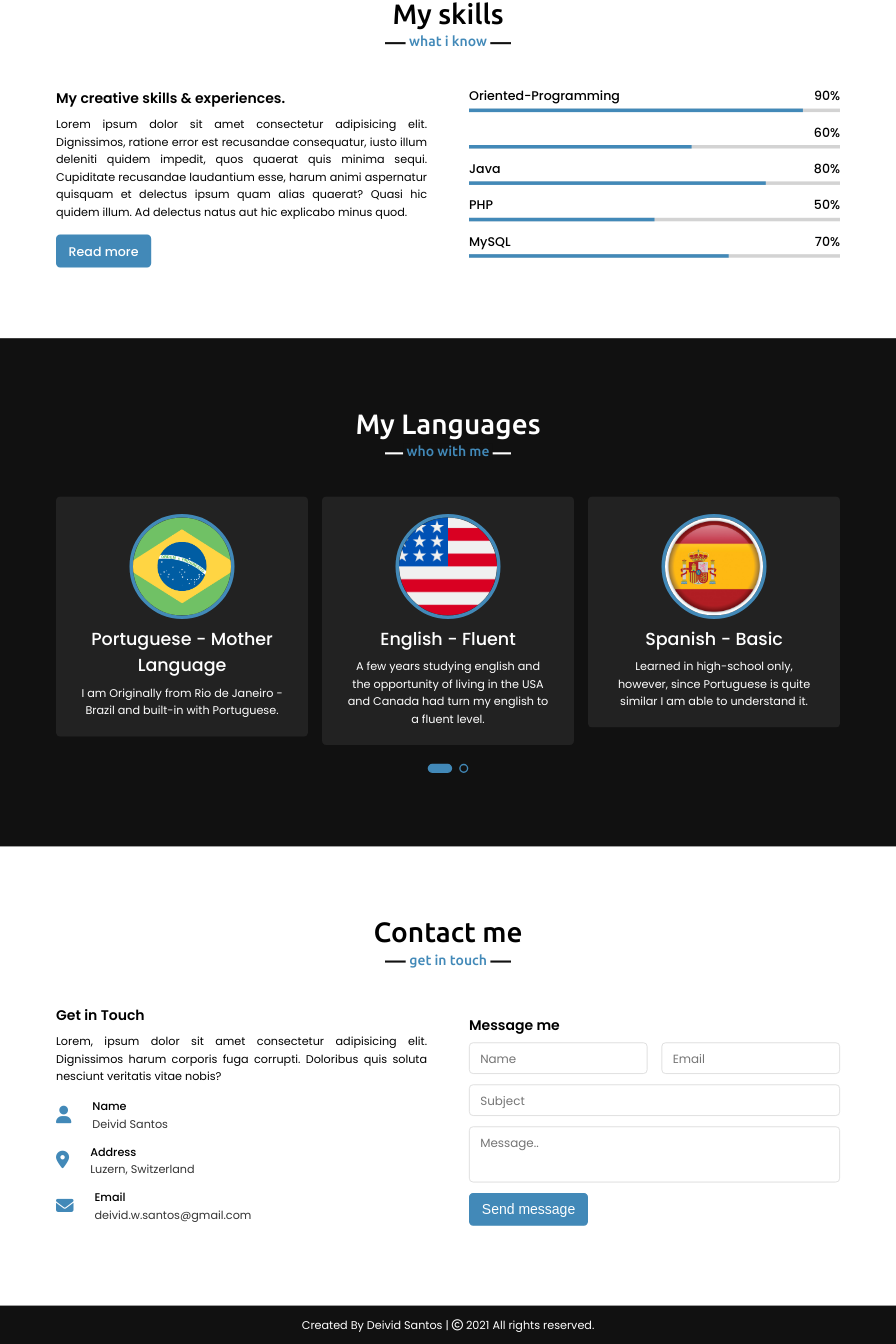
Repository: deividwsantoss/portfolio
Page: index.html
The author's editor kept a copy of each file at every save. The page is drawn from the files as they stood at one save, then again after the next save.
The browser window is 1280 px wide. The pictures show the part of the page from y = 2203 to 4123 px (the page is 4123 px tall), at 70% of full size.
Some web libraries are served in a nearby version.

Above is the page before, as saved 2021-03-02 09:22:36.

### index.html
<!DOCTYPE html>
<html lang="en">
    <head>
        <meta charset="UTF-8">
        <meta name="viewport" content="width=device-width, initial-scale=1.0">
       <title>Deivid Santos Portfolio</title>
        <link rel="stylesheet" href="/Content/style.css">
        <script src="https://kit.fontawesome.com/a076d05399.js"></script>
        <script  src="https://code.jquery.com/jquery-3.5.1.min.js"></script>
        <script src="https://cdnjs.cloudflare.com/ajax/libs/typed.js/2.0.11/typed.min.js"></script>
        <script src="https://cdnjs.cloudflare.com/ajax/libs/waypoints/4.0.1/jquery.waypoints.min.js"></script>
        <script src="https://cdnjs.cloudflare.com/ajax/libs/OwlCarousel2/2.3.4/owl.carousel.min.js"></script>
        <link rel="stylesheet" href="https://cdnjs.cloudflare.com/ajax/libs/OwlCarousel2/2.3.4/assets/owl.carousel.min.css"/>
    </head>
<body>
    <nav class="navbar">
        <div class="max-width">
            <div class="logo"><a href="#">Portifo<span>lio.</span></a></div>
            <ul class="menu">
                <li><a href="#home" class="menu-btn">Home</a></li>
                <li><a href="#about" class="menu-btn">About</a></li>
                <li><a href="#services" class="menu-btn">Services</a></li>
                <li><a href="#skills" class="menu-btn">Skills</a></li>
                <li><a href="#teams" class="menu-btn">Teams</a></li>
                <li><a href="#contact" class="menu-btn">Contact</a></li>
            </ul>
            <div class="menu-btn">
                <i class="fas fa-bars"></i>
            </div>
        </div>
    </nav>

    <!-- Home Section Start -->
    <section class="home" id="home">
        <div class="max-width">
            <div class="home-content">
                <div class="text-1">Hello, my name is </div>
                <div class="text-2">Deivid Santos</div>
                <div class="text-3">And I'm a  <span class="typing"></span></div>
            </div>
        </div>
    </section>
<!-- about section start -->
<section class="about" id="about">
    <div class="max-width">
        <h2 class="title">About me</h2>
        <div class="about-content">
            <div class="column left">
                <img src="images/profile-1.jpeg" alt="">
            </div>
            <div class="column right">
                <div class="text">I'm Deivid and I'm a <span class="typing-2"></span></div>
                <p>Lorem ipsum dolor sit amet consectetur adipisicing elit. Quasi ut voluptatum eveniet doloremque autem excepturi eaque, sit laboriosam voluptatem nisi delectus. Facere explicabo hic minus accusamus alias fuga nihil dolorum quae. Explicabo illo unde, odio consequatur ipsam possimus veritatis, placeat, ab molestiae velit inventore exercitationem consequuntur blanditiis omnis beatae. Dolor iste excepturi ratione soluta quas culpa voluptatum repudiandae harum non.</p>
                <a href="#">Download CV</a>
            </div>
        </div>
    </div>
</section>
  <!-- services section start -->
  <section class="services" id="services">
    <div class="max-width">
        <h2 class="title">My services</h2>
        <div class="serv-content">
            <div class="card">
                <div class="box">
                    <i class="fas fa-paint-brush"></i>
                    <div class="text">Software Development</div>
                    <p>With good knowledge in Oriented-Object Programing, solutions-oriented professional, I am passionate about all the Software Development Life Cycle, from extensive analysis and design though execution and maintenance. </p>
                </div>
            </div>
            <div class="card">
                <div class="box">
                    <i class="fas fa-chart-line"></i>
                    <div class="text">Test Engineer</div>
                    <p>Experienced with software testing and quality assurance, with excellent analytical and diversified experience in manual and automated testing of web-based and client/server application.  </p>
                </div>
            </div>
            <div class="card">
                <div class="box">
                    <i class="fas fa-code"></i>
                    <div class="text">Software Engineer</div>
                    <p>Seasoned, foward-looking, with +4 years' background in creating and executing innovative software solutions to enhance business productivity.</p>
                </div>
            </div>
           </div>
        </div>
    </div>
</section>

<!-- skills section start -->
<section class="skills" id="skills">
    <div class="max-width">
        <h2 class="title">My skills</h2>
        <div class="skills-content">
            <div class="column left">
                <div class="text">My creative skills & experiences.</div>
                <p>Lorem ipsum dolor sit amet consectetur adipisicing elit. Dignissimos, ratione error est recusandae consequatur, iusto illum deleniti quidem impedit, quos quaerat quis minima sequi. Cupiditate recusandae laudantium esse, harum animi aspernatur quisquam et delectus ipsum quam alias quaerat? Quasi hic quidem illum. Ad delectus natus aut hic explicabo minus quod.</p>
                <a href="#">Read more</a>
            </div>
            <div class="column right">
                <div class="bars">
                    <div class="info">
                        <span>Oriented-Programming</span>
                        <span>90%</span>
                    </div>
                    <div class="line html"></div>
                </div>
                <div class="bars">
                    <div class="info">
                        <span></span>
                        <span>60%</span>
                    </div>
                    <div class="line css"></div>
                </div>
                <div class="bars">
                    <div class="info">
                        <span>Java</span>
                        <span>80%</span>
                    </div>
                    <div class="line js"></div>
                </div>
                <div class="bars">
                    <div class="info">
                        <span>PHP</span>
                        <span>50%</span>
                    </div>
                    <div class="line php"></div>
                </div>
                <div class="bars">
                    <div class="info">
                        <span>MySQL</span>
                        <span>70%</span>
                    </div>
                    <div class="line mysql"></div>
                </div>
            </div>
        </div>
    </div>
</section>

<!-- speaking section start -->
<section class="teams" id="teams">
    <div class="max-width">
        <h2 class="title">My Languages</h2>
        <div class="carousel owl-carousel">
            <div class="card">
                <div class="box">
                    <img src="images/brazil.jpg" alt="">
                    <div class="text">Portuguese - Mother Language</div>
                    <p>I am Originally from Rio de Janeiro - Brazil and built-in with Portuguese.                                               </p>
                </div>
            </div>
            <div class="card">
                <div class="box">
                    <img src="images/usa.png" alt="">
                    <div class="text">English - Fluent</div>
                    <p>A few years studying english and the opportunity of living in the USA and Canada had turn my english to a fluent level.   </p>
                </div>
            </div>
            <div class="card">
                <div class="box">
                    <img src="images/depositphotos_5100716-stock-illustration-spain-flag-icon.jpg" alt="">
                    <div class="text">Spanish - Basic</div>
                    <p>Learned in high-school only, however, since Portuguese is quite similar I am able to understand it.                        </p>
                </div>
            </div>
            <div class="card">
                <div class="box">
                    <img src="images/germany.jpg" alt="">
                    <div class="text">German - Basic</div>
                    <p>Lorem ipsum dolor sit amet consectetur adipisicing elit.</p>
                </div>
            </div>
            <div class="card">
                <div class="box">
                    <img src="images/switzerland.jpg" alt="">
                    <div class="text">Someone name</div>
                    <p>Lorem ipsum dolor sit amet consectetur adipisicing elit.</p>
                </div>
            </div>
        </div>
    </div>
</section>

<!-- contact section start -->
<section class="contact" id="contact">
    <div class="max-width">
        <h2 class="title">Contact me</h2>
        <div class="contact-content">
            <div class="column left">
                <div class="text">Get in Touch</div>
                <p>Lorem, ipsum dolor sit amet consectetur adipisicing elit. Dignissimos harum corporis fuga corrupti. Doloribus quis soluta nesciunt veritatis vitae nobis?</p>
                <div class="icons">
                    <div class="row">
                        <i class="fas fa-user"></i>
                        <div class="info">
                            <div class="head">Name</div>
                            <div class="sub-title">Deivid Santos</div>
                        </div>
                    </div>
                    <div class="row">
                        <i class="fas fa-map-marker-alt"></i>
                        <div class="info">
                            <div class="head">Address</div>
                            <div class="sub-title">Luzern, Switzerland</div>
                        </div>
                    </div>
                    <div class="row">
                        <i class="fas fa-envelope"></i>
                        <div class="info">
                            <div class="head">Email</div>
                            <div class="sub-title">deivid.w.santos@gmail.com</div>
                        </div>
                    </div>
                </div>
            </div>
            <div class="column right">
                <div class="text">Message me</div>
                <form action="#">
                    <div class="fields">
                        <div class="field name">
                            <input type="text" placeholder="Name" required>
                        </div>
                        <div class="field email">
                            <input type="email" placeholder="Email" required>
                        </div>
                    </div>
                    <div class="field">
                        <input type="text" placeholder="Subject" required>
                    </div>
                    <div class="field textarea">
                        <textarea cols="30" rows="10" placeholder="Message.." required></textarea>
                    </div>
                    <div class="button">
                        <button type="submit">Send message</button>
                    </div>
                </form>
            </div>
        </div>
    </div>
</section>

<!-- footer section start -->
<footer>
    <span>Created By Deivid Santos | <span class="far fa-copyright"></span> 2021 All rights reserved.</span>
</footer>

<script src="script.js"></script>
</body>
</html>
    <script src="/Scripts/script.js" type="text/javascript"></script>
</body>
</html>

Loaded but not shown: Scripts/script.js (72 lines, source omitted); Content/style.css (673 lines, source omitted)

After the next save:
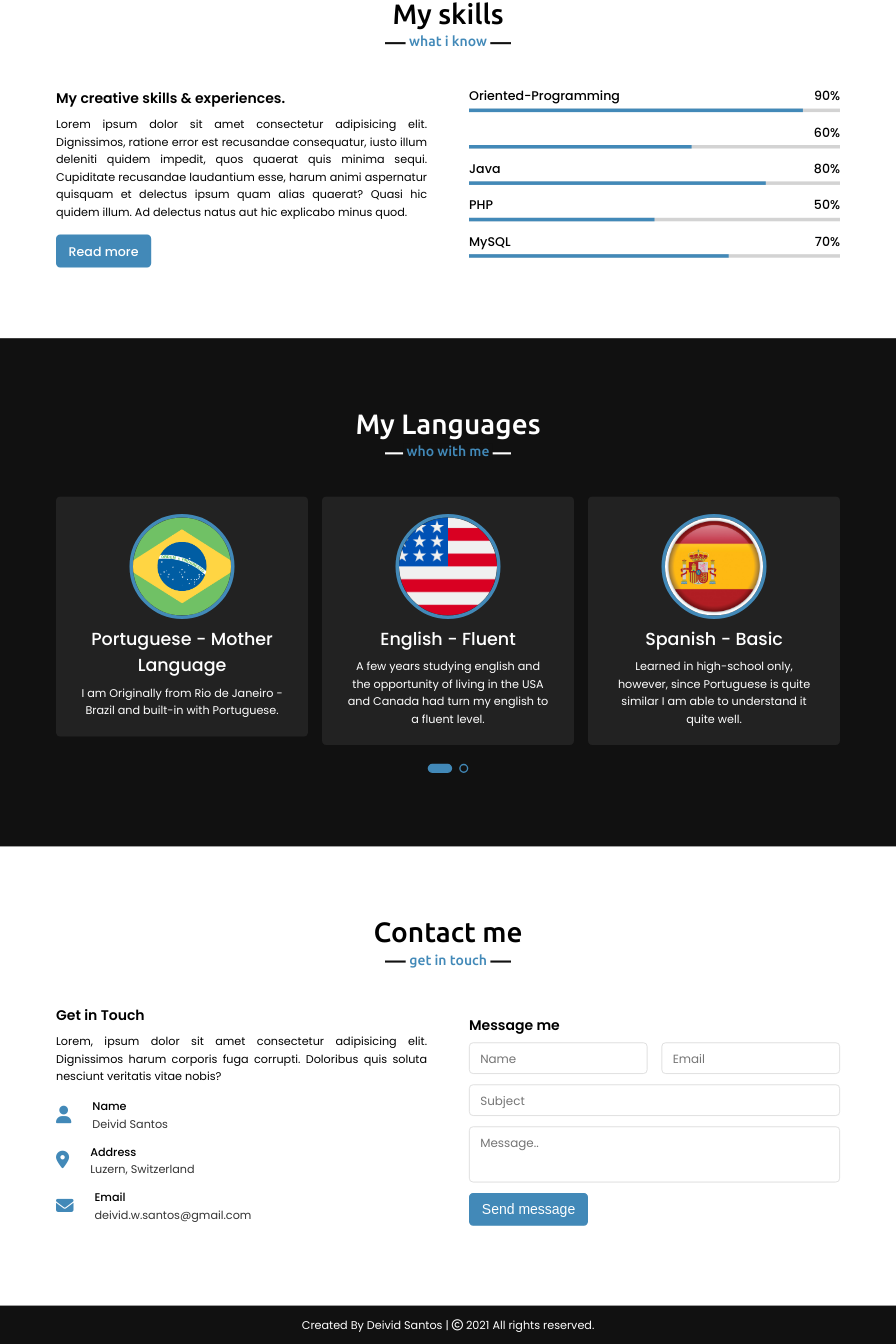
Saved 19 s later.
--- a/index.html
+++ b/index.html
@@ -161,7 +161,7 @@
                 <div class="box">
                     <img src="images/depositphotos_5100716-stock-illustration-spain-flag-icon.jpg" alt="">
                     <div class="text">Spanish - Basic</div>
-                    <p>Learned in high-school only, however, since Portuguese is quite similar I am able to understand it.                        </p>
+                    <p>Learned in high-school only, however, since Portuguese is quite similar I am able to understand it quite well.                       </p>
                 </div>
             </div>
             <div class="card">
